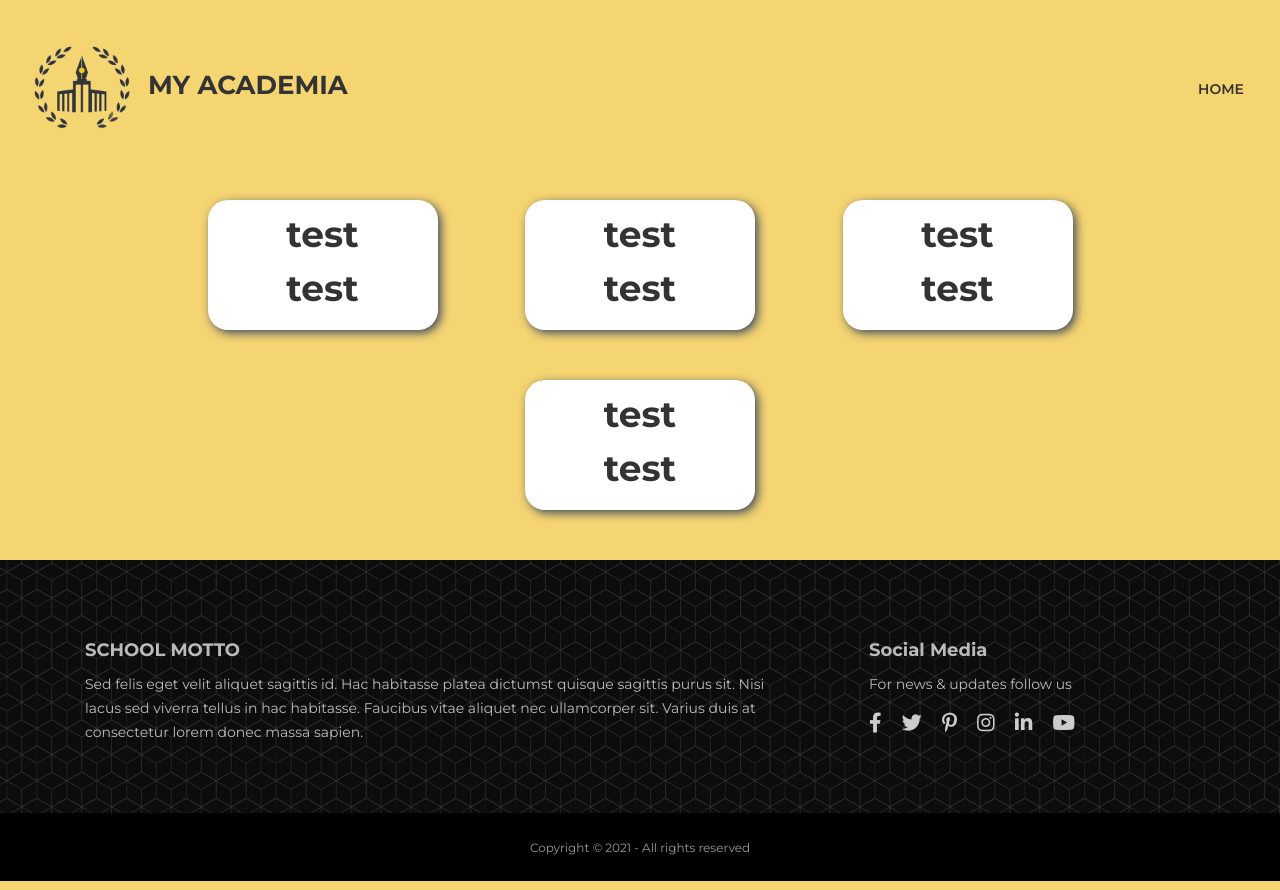
Repository: SaxenaAbhay/DBMS2023
Page: http://localhost/dashboard
The author's editor kept a copy of each file at every save. The page is drawn from the files as they stood at one save, then again after the next save.
The browser window is 1280 px wide. The pictures show the whole page.
The page is this project's Thymeleaf template; nobody is signed in. The template is opened directly, without the code that normally fills it, so the values that code supplies are empty.

Above is the page before, as saved 2023-10-21 18:11:28.

### school-managment-system/src/main/resources/templates/dashboard.html
<!DOCTYPE html>
<html lang="en">

<head>
    <meta charset="utf-8">
    <meta name="viewport" content="width=device-width, initial-scale=1, shrink-to-fit=no">

    <!-- SEO Meta Tags -->
    <meta name="description" content="My Academia">
    <meta name="keywords" content="school website, responsive">
    <meta name="author" content="XYZ">

    <!-- Website Title -->
    <title>My Academia</title>

    <link href="https://fonts.googleapis.com/css?family=Montserrat:400,400i,600,700,700i&display=swap" rel="stylesheet">

    <link href="css/bootstrap.css" rel="stylesheet">
    <link href="css/fontawesome-all.css" rel="stylesheet">
    <link href="css/swiper.css" rel="stylesheet">
    <link href="css/styles.css" rel="stylesheet">

    <link rel="icon" href="images/logo2.jpg">

    <!-- Scripts -->
    <script src="js/jquery.min.js" defer></script>
    <script src="js/popper.min.js" defer></script>
    <script src="js/bootstrap.min.js" defer></script>
    <script src="js/jquery.easing.min.js" defer></script>
    <script src="js/swiper.min.js" defer></script>
    <script src="js/validator.min.js" defer></script>
    <script src="js/scripts.js" defer></script>
</head>

<body data-spy="scroll" data-target=".fixed-top" class="application">

    <!-- Preloader -->
    <div class="spinner-wrapper">
        <div class="spinner">
            <div class="bounce1"></div>
            <div class="bounce2"></div>
            <div class="bounce3"></div>
        </div>
    </div>
    <!-- end of preloader -->


    <!-- Navigation -->
    <nav class="navbar navbar-expand-lg navbar-dark navbar-custom fixed-top">

        <!-- Logo -->
        <a class="navbar-brand logo-image" href="./index.html"><img src="./images/logo.jpg"></a>
        <h3>MY ACADEMIA</h3>

        <div class="collapse navbar-collapse" id="navbarsExampleDefault">
            <ul class="navbar-nav ml-auto">
                <li class="nav-item">
                    <a class="nav-link page-scroll" href="./index.html">HOME</a>
                </li>
            </ul>
        </div>
    </nav>

    <div class="wrapper_2">

    <div class="box-container">

                <div class="box box1">
                    <div class="text">
                        <h2 class="topic-heading">test</h2>
                        <h2 class="topic">test</h2>
                    </div>

                    <!--<img src=
"https://media.geeksforgeeks.org/wp-content/uploads/20221210184645/Untitled-design-(31).png"
                        alt="Views">-->
                </div>

                <div class="box box2">
                    <div class="text">
                        <h2 class="topic-heading">test</h2>
                        <h2 class="topic">test</h2>
                    </div>

                    <!--<img src=
"https://media.geeksforgeeks.org/wp-content/uploads/20221210185030/14.png"
                         alt="likes">-->
                </div>

                <div class="box box3">
                    <div class="text">
                        <h2 class="topic-heading">test</h2>
                        <h2 class="topic">test</h2>
                    </div>

                    <!--<img src=
"https://media.geeksforgeeks.org/wp-content/uploads/20221210184645/Untitled-design-(32).png"
                        alt="comments">-->
                </div>

                <div class="box box4">
                    <div class="text">
                        <h2 class="topic-heading">test</h2>
                        <h2 class="topic">test</h2>
                    </div>

                    <!--<img src=
"https://media.geeksforgeeks.org/wp-content/uploads/20221210185029/13.png" alt="published">-->
                </div>
            </div>
         </div>

    <!--<div class="wrapper">
        <div class="title">LOGIN</div>
        <form class="form">
            <div class="inputfield">
                <label>Username</label>
                <input type="text" class="input">
            </div>
            <div class="inputfield">
                <label>Password</label>
                <input type="text" class="input">
            </div>
            <div class="inputfield">
                <label>Class To Be Enrolled</label>
                <input type="text" class="input">
            </div>
            <div class="inputfield">
                <label>Last School Attended</label>
                <input type="text" class="input">
            </div>
            <div class="inputfield">
                <label>Gender</label>
                <div class="custom_select">
                    <select>
                        <option value="">Select</option>
                        <option value="male">Male</option>
                        <option value="female">Female</option>
                    </select>
                </div>
            </div>
            <div class="inputfield">
                <label>D.O.B.</label>
                <input type="date" class="input">
            </div>
            <div class="inputfield">
                <label>Blood Group</label>
                <input type="text" class="input">
            </div>
            <div class="inputfield">
                <label>Religion</label>
                <input type="text" class="input">
            </div>
            <div class="inputfield">
                <label>Caste</label>
                <div class="custom_select">
                    <select>
                        <option value="">Select</option>
                        <option value="gen">GEN</option>
                        <option value="sc-st">SC/ST</option>
                        <option value="obc">OBC</option>
                    </select>
                </div>
            </div>
            <div class="inputfield">
                <label>Contact Number</label>
                <input type="text" class="input">
            </div>
            <div class="inputfield">
                <label>Aadhaar Number</label>
                <input type="text" class="input">
            </div>
            <div class="form-group">
                <label>Upload image of Aadhaar Card</label>
                <input type="file">
            </div>
            <div class="inputfield">
                <label>Father's Name</label>
                <input type="text" class="input">
            </div>
            <div class="inputfield">
                <label>Father's Occupation</label>
                <div class="custom_select">
                    <select>
                        <option value="">Select</option>
                        <option value="pvt">Private Service</option>
                        <option value="ind">Industrial Service</option>
                        <option value="govt">Govt Service</option>
                        <option value="self">Self Employed</option>
                    </select>
                </div>
            </div>
            <div class="inputfield">
                <label>Father's Email</label>
                <input type="text" class="input">
            </div>
            <div class="inputfield">
                <label>Father's Contact</label>
                <input type="text" class="input">
            </div>
            <div class="inputfield">
                <label>Father's Aadhaar Number</label>
                <input type="text" class="input">
            </div>
            <div class="form-group">
                <label>Upload image of Aadhaar Card</label>
                <input type="file">
            </div>
            <div class="inputfield">
                <label>Mother's Name</label>
                <input type="text" class="input">
            </div>
            <div class="inputfield">
                <label>Mother's Occupation</label>
                <div class="custom_select">
                    <select>
                        <option value="">Select</option>
                        <option value="pvt">Private Service</option>
                        <option value="ind">Industrial Service</option>
                        <option value="govt">Govt Service</option>
                        <option value="self">Self Employed</option>
                    </select>
                </div>
            </div>
            <div class="inputfield">
                <label>Mother's Email</label>
                <input type="text" class="input">
            </div>
            <div class="inputfield">
                <label>Mother's Contact</label>
                <input type="text" class="input">
            </div>
            <div class="inputfield">
                <label>Mother's Aadhaar Number</label>
                <input type="text" class="input">
            </div>
            <div class="form-group">
                <label>Upload image of Aadhaar Card</label>
                <input type="file">
            </div>
            <div class="inputfield">
                <label>Guardian's Name</label>
                <input type="text" class="input">
            </div>
            <div class="inputfield">
                <label>Guardian's Occupation</label>
                <div class="custom_select">
                    <select>
                        <option value="">Select</option>
                        <option value="pvt">Private Service</option>
                        <option value="ind">Industrial Service</option>
                        <option value="govt">Govt Service</option>
                        <option value="self">Self Employed</option>
                    </select>
                </div>
            </div>
            <div class="inputfield">
                <label>Guardian's Email</label>
                <input type="text" class="input">
            </div>
            <div class="inputfield">
                <label>Guardian's Contact</label>
                <input type="text" class="input">
            </div>
            <div class="inputfield">
                <label>Guardian's Aadhaar Number</label>
                <input type="text" class="input">
            </div>
            <div class="form-group">
                <label>Upload image of Aadhaar Card</label>
                <input type="file">
            </div>
            <div class="inputfield">
                <label>Family Income</label>
                <input type="text" class="input">
            </div>
            <div class="inputfield">
                <label>Address</label>
                <textarea class="textarea"></textarea>
            </div>
            <div class="inputfield terms">
                <label class="check">
                    <input type="checkbox">
                    <span class="checkmark"></span>
                </label>
                <p>Agreed to <a href="./terms.html"> terms and conditions</a></p>
            </div>
            <div class="inputfield">
                <input type="submit" value="SIGN IN" class="btn">
            </div>
        </form>
    </div>-->

    <!-- Footer -->
    <div class="footer">
        <div class="container">
            <div class="row">
                <div class="col-md-8">
                    <div class="footer-col first">
                        <h5>SCHOOL MOTTO</h5>
                        <p class="p-small">Sed felis eget velit aliquet sagittis id. Hac habitasse platea dictumst
                            quisque sagittis purus sit. Nisi lacus sed viverra tellus in hac habitasse. Faucibus vitae
                            aliquet nec ullamcorper sit. Varius duis at consectetur lorem donec massa sapien.</p>
                    </div>
                </div> <!-- end of col -->
                <div class="col-md-4">
                    <div class="footer-col fourth">
                        <h5>Social Media</h5>
                        <p class="p-small">For news & updates follow us</p>
                        <a href="#your-link">
                            <i class="fab fa-facebook-f"></i>
                        </a>
                        <a href="#your-link">
                            <i class="fab fa-twitter"></i>
                        </a>
                        <a href="#your-link">
                            <i class="fab fa-pinterest-p"></i>
                        </a>
                        <a href="#your-link">
                            <i class="fab fa-instagram"></i>
                        </a>
                        <a href="#your-link">
                            <i class="fab fa-linkedin-in"></i>
                        </a>
                        <a href="#your-link">
                            <i class="fab fa-youtube"></i>
                        </a>
                    </div>
                </div> <!-- end of col -->
            </div> <!-- end of row -->
        </div> <!-- end of container -->
    </div> <!-- end of footer -->
    <!-- end of footer -->


    <!-- Copyright -->
    <div class="copyright">
        <div class="container">
            <div class="row">
                <div class="col-lg-12">
                    <p class="p-small">Copyright © 2021 - All rights reserved</p>
                </div> <!-- end of col -->
            </div> <!-- enf of row -->
        </div> <!-- end of container -->
    </div> <!-- end of copyright -->
    <!-- end of copyright -->
</body>

</html>

Loaded but not shown: school-managment-system/src/main/resources/static/css/bootstrap.css (library); school-managment-system/src/main/resources/static/css/fontawesome-all.css (library); school-managment-system/src/main/resources/static/css/swiper.css (library); school-managment-system/src/main/resources/static/js/jquery.min.js (library); school-managment-system/src/main/resources/static/js/popper.min.js (library); school-managment-system/src/main/resources/static/js/bootstrap.min.js (library); school-managment-system/src/main/resources/static/js/jquery.easing.min.js (library); school-managment-system/src/main/resources/static/js/swiper.min.js (library); school-managment-system/src/main/resources/static/js/validator.min.js (library); school-managment-system/src/main/resources/static/js/scripts.js (177 lines, source omitted); school-managment-system/src/main/resources/static/css/styles.css (1735 lines, source omitted)

After the next save:
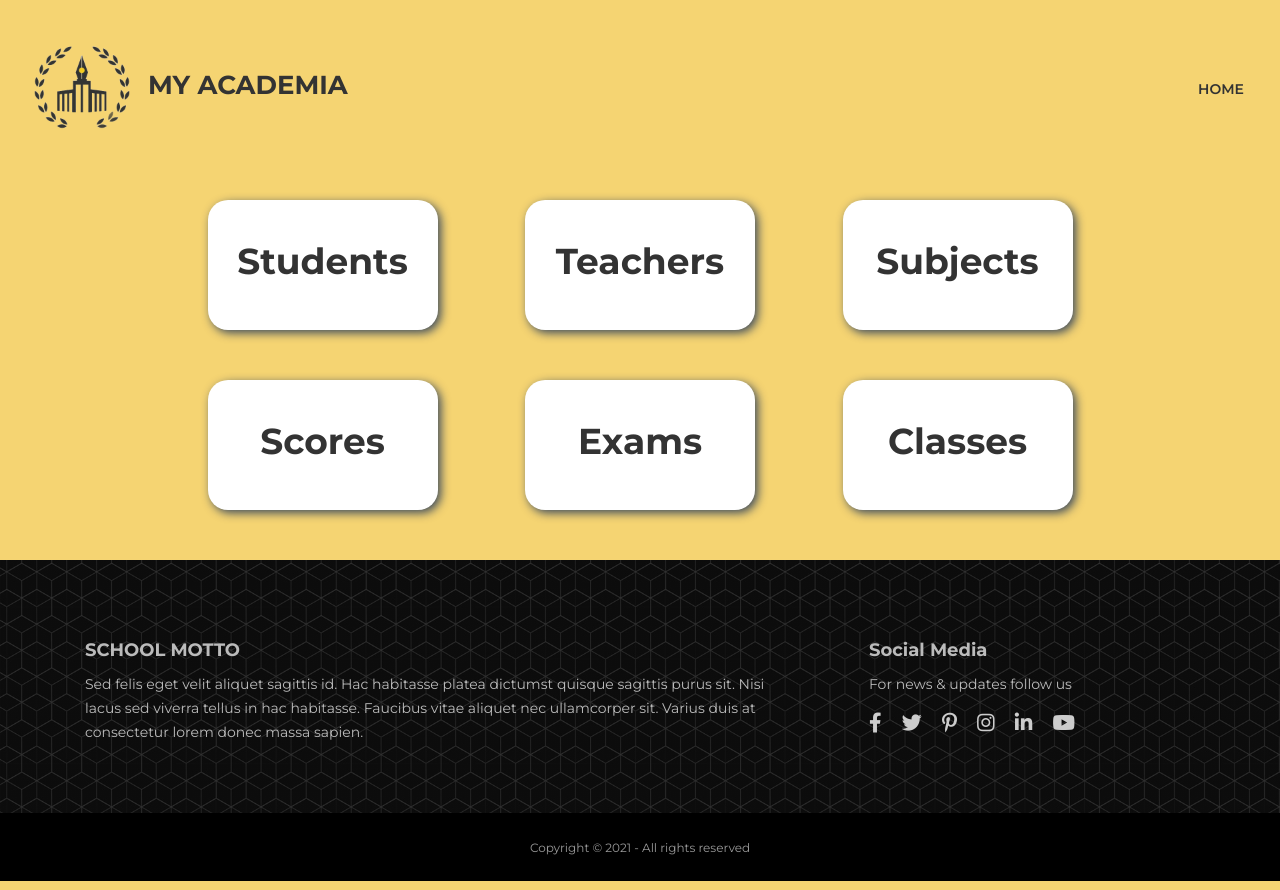
Saved 12 h 8 min later.
--- a/school-managment-system/src/main/resources/templates/dashboard.html
+++ b/school-managment-system/src/main/resources/templates/dashboard.html
@@ -67,8 +67,8 @@
 
                 <div class="box box1">
                     <div class="text">
-                        <h2 class="topic-heading">test</h2>
-                        <h2 class="topic">test</h2>
+                        <h2 class="topic-heading">Students</h2>
+                        <!--<h2 class="topic">test</h2>-->
                     </div>
 
                     <!--<img src=
@@ -78,8 +78,8 @@
 
                 <div class="box box2">
                     <div class="text">
-                        <h2 class="topic-heading">test</h2>
-                        <h2 class="topic">test</h2>
+                        <h2 class="topic-heading">Teachers</h2>
+                        <!--<h2 class="topic">test</h2>-->
                     </div>
 
                     <!--<img src=
@@ -89,8 +89,8 @@
 
                 <div class="box box3">
                     <div class="text">
-                        <h2 class="topic-heading">test</h2>
-                        <h2 class="topic">test</h2>
+                        <h2 class="topic-heading">Subjects</h2>
+                        <!--<h2 class="topic">test</h2>-->
                     </div>
 
                     <!--<img src=
@@ -100,8 +100,27 @@
 
                 <div class="box box4">
                     <div class="text">
-                        <h2 class="topic-heading">test</h2>
-                        <h2 class="topic">test</h2>
+                        <h2 class="topic-heading">Scores</h2>
+                        <!--<h2 class="topic">test</h2>-->
+                    </div>
+
+                    <!--<img src=
+"https://media.geeksforgeeks.org/wp-content/uploads/20221210185029/13.png" alt="published">-->
+                </div>
+
+                <div class="box box4">
+                    <div class="text">
+                        <h2 class="topic-heading">Exams</h2>
+                        <!--<h2 class="topic">test</h2>-->
+                    </div>
+
+                    <!--<img src=
+"https://media.geeksforgeeks.org/wp-content/uploads/20221210185029/13.png" alt="published">-->
+                </div>
+                <div class="box box4">
+                    <div class="text">
+                        <h2 class="topic-heading">Classes</h2>
+                        <!--<h2 class="topic">test</h2>-->
                     </div>
 
                     <!--<img src=
